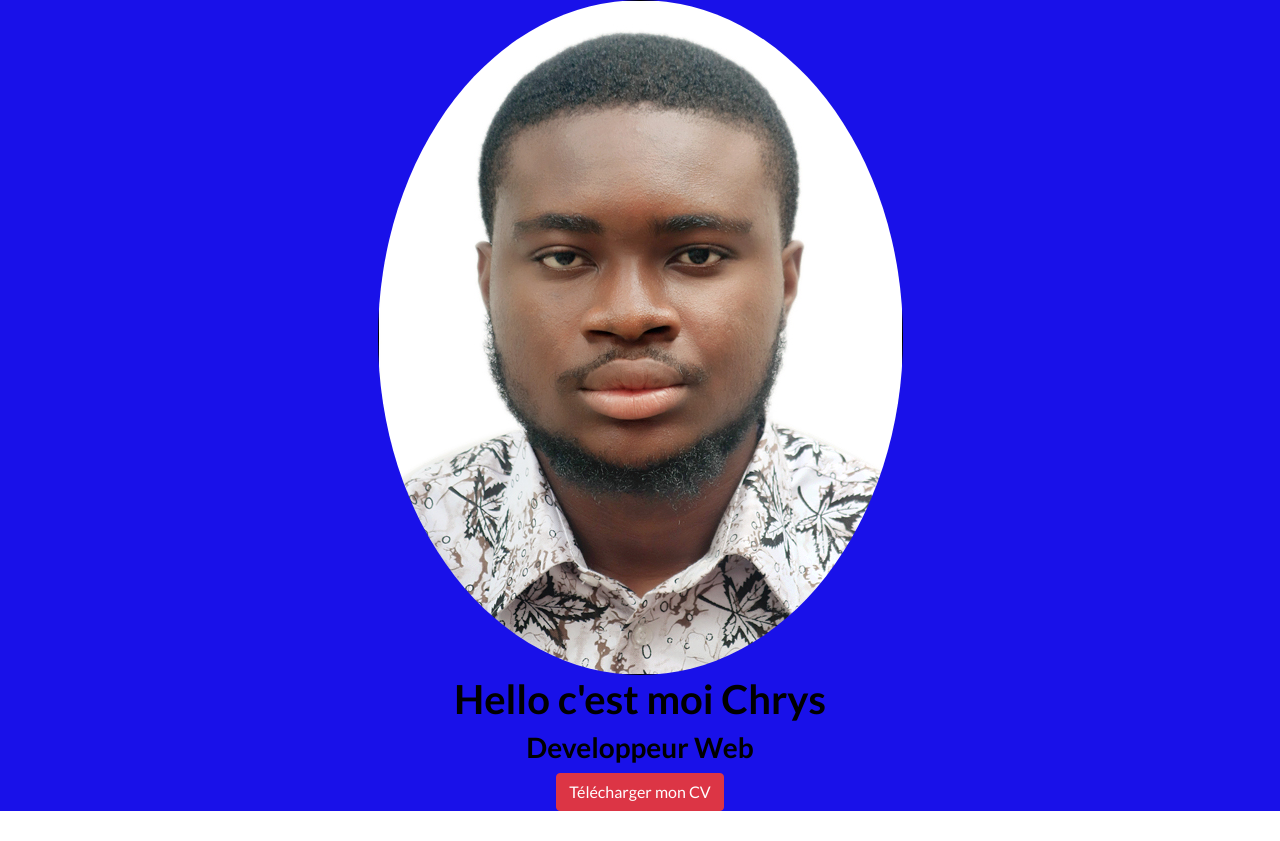
Repository: CHRYSOVR/CV_en_ligne_Interactif
Page: index.html
The author's editor kept a copy of each file at every save. The page is drawn from the files as they stood at one save, then again after the next save.
The browser window is 1280 px wide. The pictures show the whole page.

Above is the page before, as saved 2025-07-07 15:04:13.
Console error: TypeError: Cannot read properties of undefined (reading 'fn')

### index.html
<!DOCTYPE html>
<html lang="fr">
<head>
    <meta charset="UTF-8">
    <meta name="viewport" content="width=device-width, initial-scale=1.0">
    <link rel="preconnect" href="https://fonts.googleapis.com">
<link rel="preconnect" href="https://fonts.gstatic.com" crossorigin>
<link href="https://fonts.googleapis.com/css2?family=Lato:ital,wght@0,100;0,300;0,400;0,700;0,900;1,100;1,300;1,400;1,700;1,900&display=swap" rel="stylesheet">
<link rel="stylesheet" href="https://cdn.jsdelivr.net/npm/bootstrap@4.0.0/dist/css/bootstrap.min.css" integrity="sha384-Gn5384xqQ1aoWXA+058RXPxPg6fy4IWvTNh0E263XmFcJlSAwiGgFAW/dAiS6JXm" crossorigin="anonymous">
<script src="https://cdn.jsdelivr.net/npm/bootstrap@4.0.0/dist/js/bootstrap.min.js" integrity="sha384-JZR6Spejh4U02d8jOt6vLEHfe/JQGiRRSQQxSfFWpi1MquVdAyjUar5+76PVCmYl" crossorigin="anonymous"></script>
    <link rel="stylesheet" href="css/style.css">
    <script src="js/script.js"></script>
    <title>CV SANNE-TIA</title>
</head>
<body>
  <section id="about" class="container-fluid">
    <div class="profile-picture" ><img src="images/Me.JPG" alt="photo sanne-tia" class="rounded-circle">
        <h1>Hello c'est moi Chrys</h1 >
     <h3>Developpeur Web</h3>
     <a href="documents/CV_Sanne-Tia.pdf" class="btn btn-danger" target="_blank">Télécharger mon CV</a>
  </div>
    </section>
</body>
</html>

### css/style.css
/*GENERAL*/

body{
    font-family: 'Lato', sans-serif;

}
h1,h2,h3,h4,h5,h6{
    font-weight: bold;
    color:black;
}
/*ABOUT*/
#about{
    background-color: #1911e9;

}
.profile-picture{
    text-align: center;
    margin: 0 auto 30px;

}

Loaded but not shown: js/script.js (no stored copy; drawn as an empty file)

After the next save:
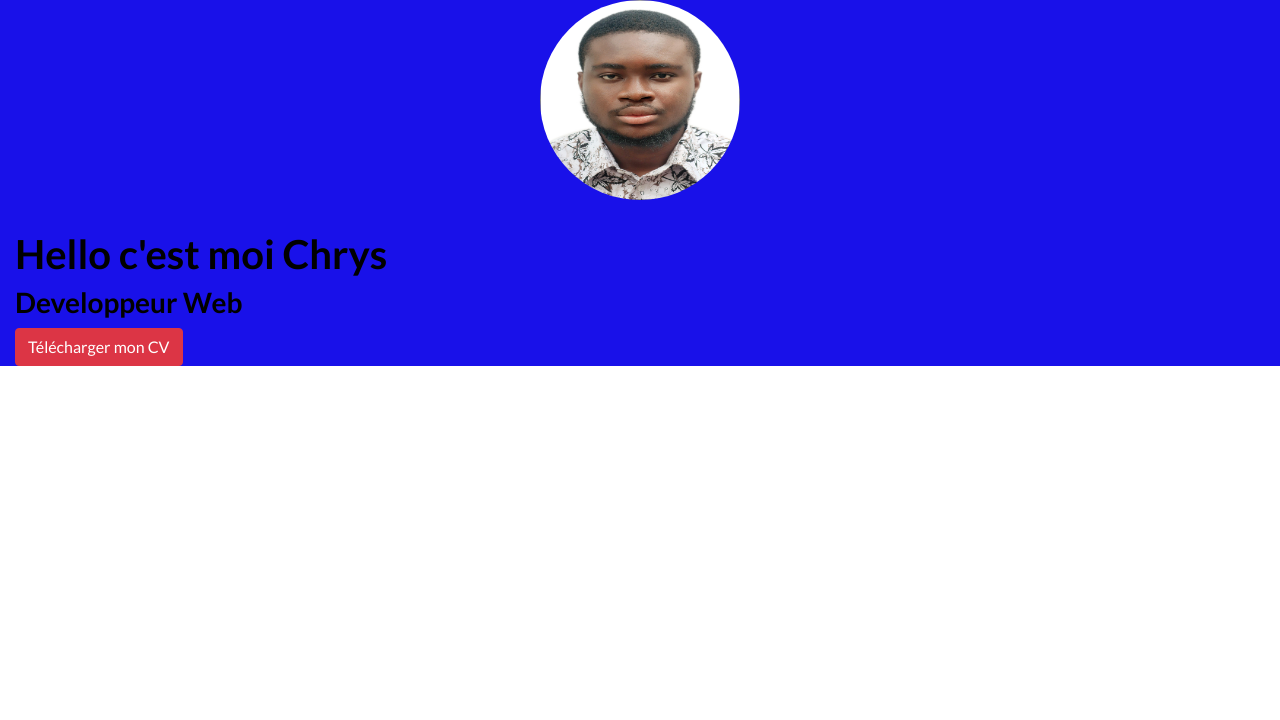
Saved 57 s later.
--- a/index.html
+++ b/index.html
@@ -14,7 +14,7 @@
 </head>
 <body>
   <section id="about" class="container-fluid">
-    <div class="profile-picture" ><img src="images/Me.JPG" alt="photo sanne-tia" class="rounded-circle">
+    <div class="profile-picture" ><img src="images/Me.JPG" alt="photo sanne-tia" class="rounded-circle"width="200" height="200"></div>
         <h1>Hello c'est moi Chrys</h1 >
      <h3>Developpeur Web</h3>
      <a href="documents/CV_Sanne-Tia.pdf" class="btn btn-danger" target="_blank">Télécharger mon CV</a>
